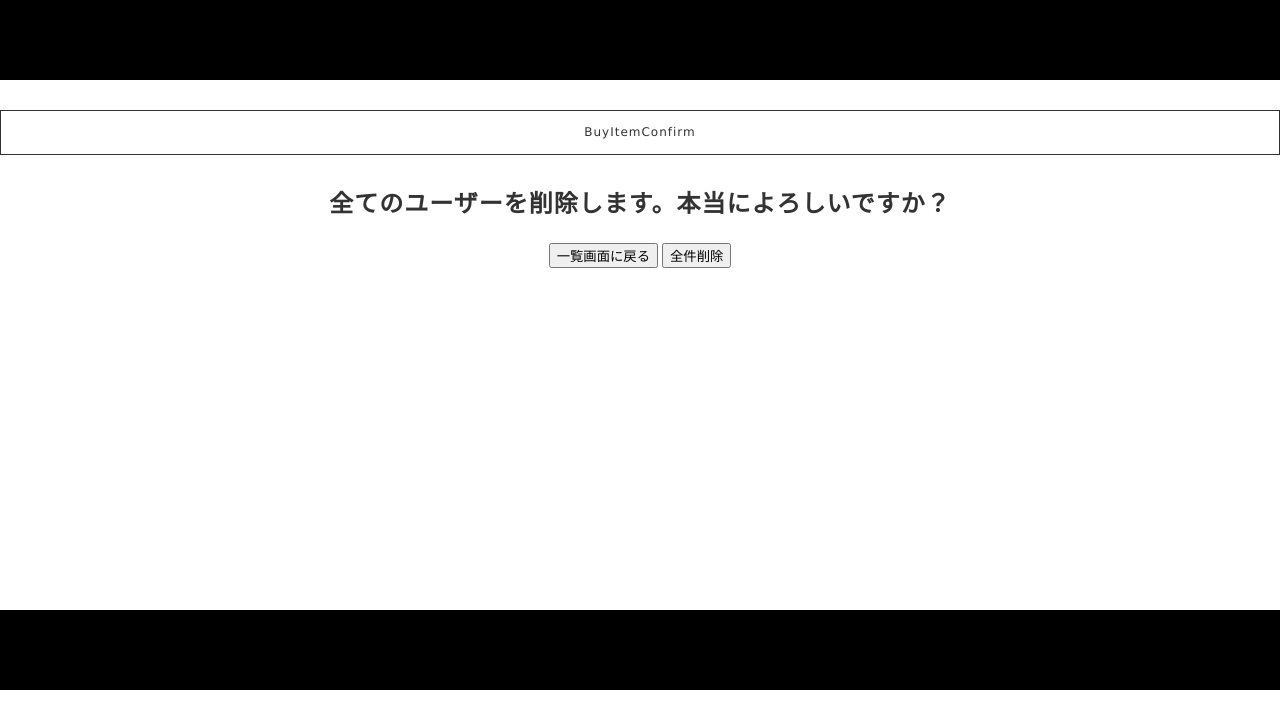
Repository: hirose0320/test
Page: http://localhost/ecsite2/userListDeleteConfirm.jsp
These files come from the project's save history. The page is drawn as it stood at one moment and after the next save; the edit follows.
The browser window is 1280 px wide. The pictures show the whole page.
Some web libraries are served in a nearby version. The page is served by Tomcat 9.

Above is the page before, as saved 2019-03-07 02:08:47.

After the next save:
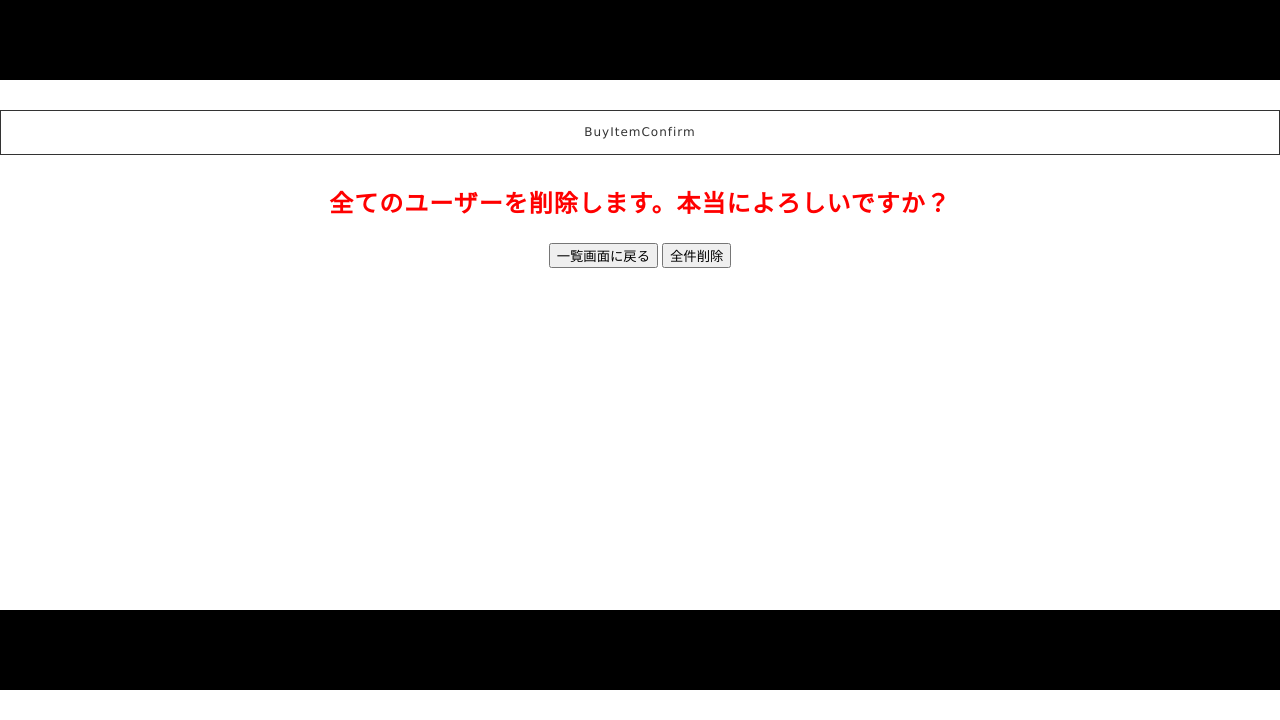
Saved 33 s later.
--- a/ecsite2/WebContent/userListDeleteConfirm.jsp
+++ b/ecsite2/WebContent/userListDeleteConfirm.jsp
@@ -30,6 +30,9 @@
 	text-align: center;
 	margin: 0 auto;
 }
+
+h1{
+color:red;}
 
 #top {
 	width: 780ox;
